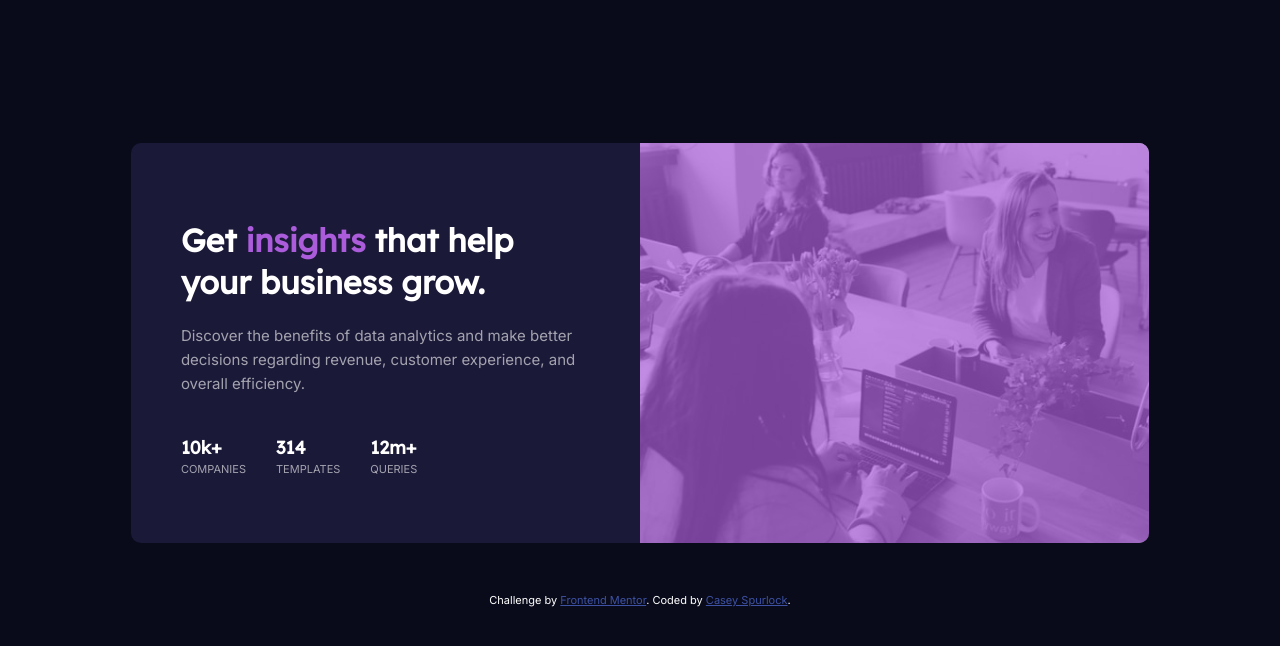
Repository: CaseySpurlock/stats-prewiew-component
Page: index.html
An editor plug-in stored every save of this project. The page is shown before and after the next save, followed by the edit.
The browser window is 1280 px wide. The pictures show the whole page.

Above is the page before, as saved 2021-06-22 12:54:07.

### index.html
<!DOCTYPE html>
<html lang="en">
<head>
  <meta charset="UTF-8">
  <meta name="viewport" content="width=device-width, initial-scale=1.0"> <!-- displays site properly based on user's device -->

  <link rel="icon" type="image/png" sizes="32x32" href="./images/favicon-32x32.png">

  <title>Frontend Mentor | Stats preview card component</title>

  <link rel="stylesheet" href="styles.css">
  <link rel="preconnect" href="https://fonts.googleapis.com">
  <link rel="preconnect" href="https://fonts.gstatic.com" crossorigin>
  <link href="https://fonts.googleapis.com/css2?family=Inter:wght@400;700&family=Lexend+Deca&display=swap" rel="stylesheet">

</head>

<body>

  <div class="container">
    <div class="card picture">
      <div class="overlay"></div>
    </div>
      <div class="card">
        <h1>Get <span>insights</span> that help your business grow.</h1>
        <p>Discover the benefits of data analytics and make better decisions regarding revenue, customer
        experience, and overall efficiency.</p>
        <ul>
          <li><span>10k+</span> companies</li>
          <li><span>314</span> templates</li>
          <li><span>12m+ </span> queries</li>
        </ul>
      </div>
      </div>








  <div class="attribution">
    Challenge by <a href="https://www.frontendmentor.io?ref=challenge" target="_blank">Frontend Mentor</a>.
    Coded by <a href="#">Casey Spurlock</a>.
  </div>
</body>
</html>

### styles.css
:root {
    --Very-dark-blue: hsl(233, 47%, 7%);
    --Dark-desaturated-blue: hsl(244, 38%, 16%);
    --Soft-violet: hsl(277, 64%, 61%);
    --White: hsl(0, 0%, 100%);
    --Slightly-transparent -white: hsla(0, 0%, 100%, 0.75);
    --Slightly-transparent-white: hsla(0, 0%, 100%, 0.6);
}

* {
    margin: 0;
    padding: 0;
    box-sizing: border-box;
}

img {
    max-width: 100%;
}

ul {
    list-style-type: none;
}

body {
    font-family: "Inter", sans-serif;
    background-color: var(--Very-dark-blue);
}

p {
    color: hsla(0, 0%, 100%, 0.6);
    font-size: 15px;
    line-height: 1.6;
}

.container {
    background-color: var(--Dark-desaturated-blue);
    color: var(--White);
    margin: 50px 20px;
    padding: 0 0 20px;
    border-radius: 10px;
    text-align: center;
}

.container .picture  {
    background: url(./images/image-header-mobile.jpg)
    no-repeat center/cover;
    height: 400px;
    min-width: 50%;
    border-radius: 10px 10px 0 0;
}

.container .picture .overlay {
    background-color: hsl(277, 64%, 61%, .7);
    height: 400px;
    border-radius: 10px 10px 0 0;
}

.container .card p {
    padding: 0 20px;
    margin-bottom: 40px;
}

.container .card h1 {
    margin: 30px 0 20px;
    padding: 0 20px;
    line-height: 1.3;
    font-family: "lexend deca", sans-serif;
}

.container .card h1 span {
    color: var(--Soft-violet);
}

.container .card ul li {
    margin-bottom: 20px;
    text-transform: uppercase;
    color: hsla(0, 0%, 100%, 0.6);
}

.container .card ul li span {
    color: var(--White);
    display: block;
    text-transform: lowercase;
    font-weight: 700;
    font-family: "lexend deca", sans-serif;
    font-size: 24px;
    margin-bottom: 3px;
}

.container .card ul {
    padding-left: 20px;
    display: flex;
}

.attribution {
    font-size: 11px;
    text-align: center;
    color: white;
    padding-bottom: 20px;
}
.attribution a {
    color: hsl(228, 45%, 44%);
}

@media (min-width: 768px) {
    .container {
        display: flex;
        flex-direction: row-reverse;
        align-items: center;
        justify-content: center;
        padding: 0;
        text-align: left;
    }

    .container .picture {
        background: url(./images/image-header-desktop.jpg) no-repeat center/cover;
        min-width: 50%;
        border-radius: 0 10px 10px 0;
    }

    .container .picture .overlay {
        background-color: hsl(277, 64%, 61%, .7);
        height: 400px;
        border-radius: 0 10px 10px 0;
    }

    .container .card ul li {

        margin-right: 30px;
        font-size: 11px;
    }

    .container .card ul li span {
        display: block;
        text-transform: lowercase;
        font-weight: 700;
        font-family: "lexend deca", sans-serif;
        font-size: 18px;
    }
}

@media (min-width: 992px) {
    body {
        display: flex;
        flex-direction: column;
        align-items: center;
        justify-content: center;
        min-height: 100vh;
    }

    .container .card:nth-child(2) {
        padding: 0 30px;
    }
}

After the next save:
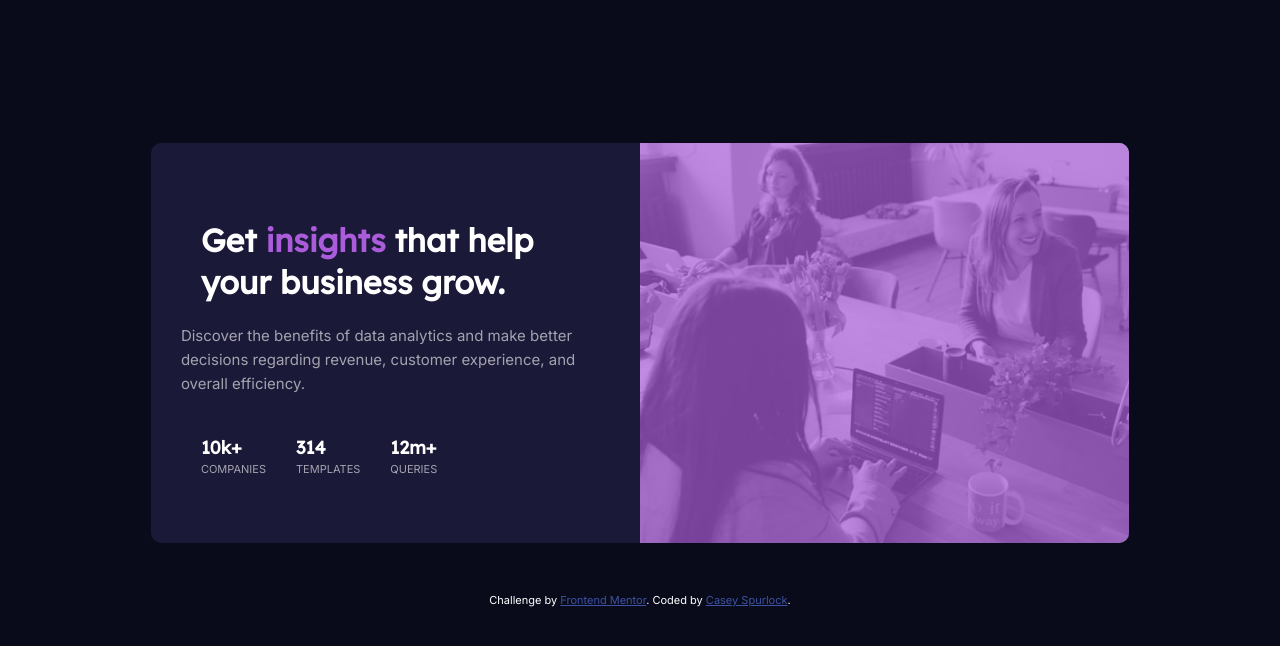
Saved 7 s later.
--- a/styles.css
+++ b/styles.css
@@ -56,7 +56,7 @@
 }
 
 .container .card p {
-    padding: 0 20px;
+
     margin-bottom: 40px;
 }
 

After the save that followed:
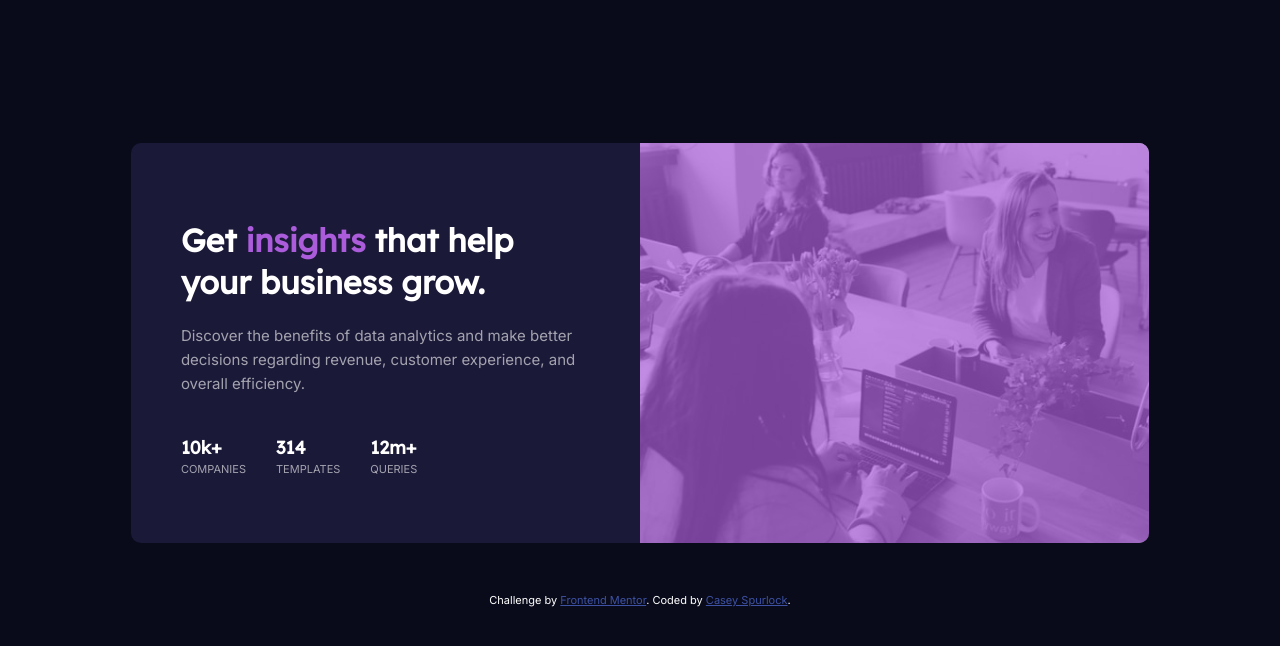
Saved 7 s later.
--- a/styles.css
+++ b/styles.css
@@ -56,7 +56,7 @@
 }
 
 .container .card p {
-
+    padding: 0 20px;
     margin-bottom: 40px;
 }
 
